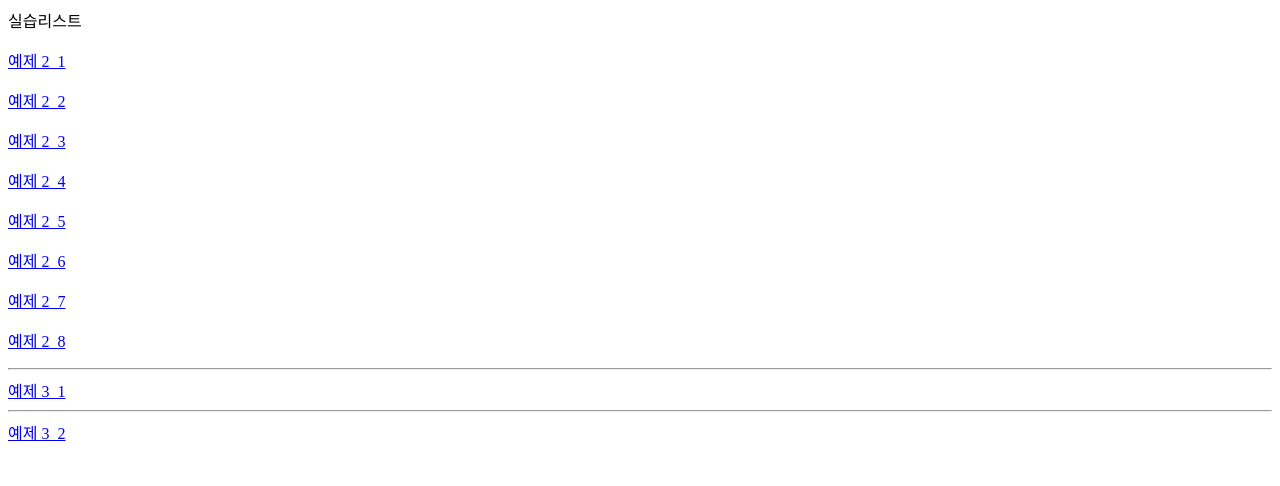
Repository: pjongbum/JSP
Page: http://localhost/jsbook/
The author's editor kept a copy of each file at every save. The page is drawn from the files as they stood at one save, then again after the next save.
The browser window is 1280 px wide. The pictures show the whole page.
The page is served by Tomcat 10. Other server files are loaded and not shown.

Above is the page before, as saved 2024-10-08 04:06:41.

### jsbook/src/main/webapp/index.jsp
<%@ page language="java" contentType="text/html; charset=UTF-8"
    pageEncoding="UTF-8"%>
<!DOCTYPE html>
<html>
<head>
<meta charset="UTF-8">
<title>Insert title here</title>
</head>
<body>
실습리스트
<p><a href = "2_1">예제 2_1</a></p>
<p><a href = "2_2">예제 2_2</a></p>
<p><a href = "2_3">예제 2_3</a></p>
<p><a href = "2_4">예제 2_4</a></p>
<p><a href = "2_5">예제 2_5</a></p>
<p><a href = "2_6">예제 2_6</a></p>
<p><a href = "2_7">예제 2_7</a></p>
<p><a href = "2_8">예제 2_8</a></p>
<hr><a href = "3_1">예제 3_1</a></hr>
<hr><a href = "3_2">예제 3_2</a></hr>
</body>
</html>

After the next save:
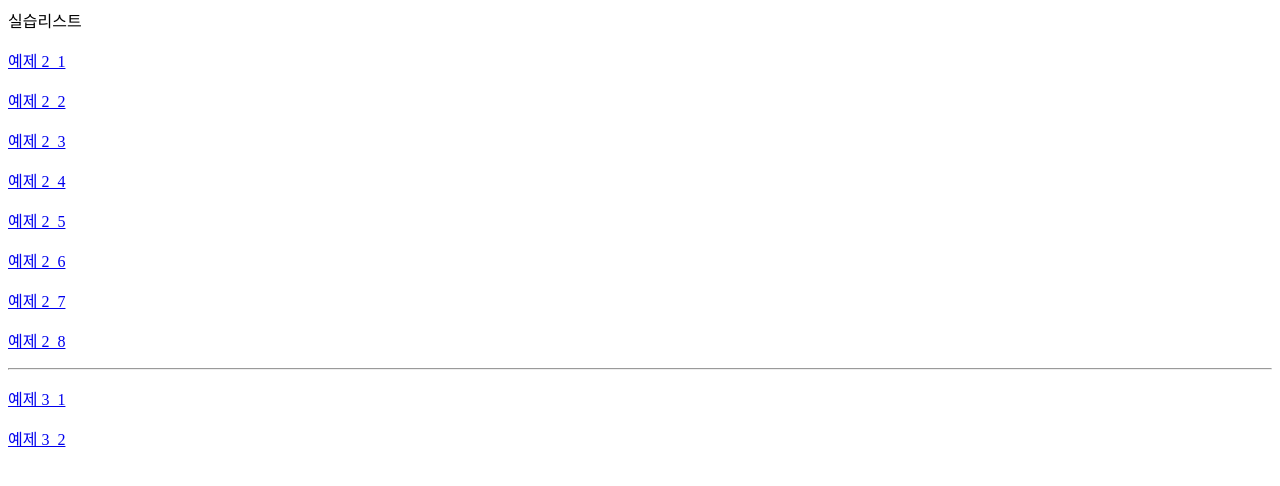
Saved 65 s later.
--- a/jsbook/src/main/webapp/index.jsp
+++ b/jsbook/src/main/webapp/index.jsp
@@ -16,7 +16,8 @@
 <p><a href = "2_6">예제 2_6</a></p>
 <p><a href = "2_7">예제 2_7</a></p>
 <p><a href = "2_8">예제 2_8</a></p>
-<hr><a href = "3_1">예제 3_1</a></hr>
-<hr><a href = "3_2">예제 3_2</a></hr>
+<hr></hr>
+<p><a href = "3_1">예제 3_1</a></p>
+<p><a href = "3_2">예제 3_2</a></p>
 </body>
 </html>
